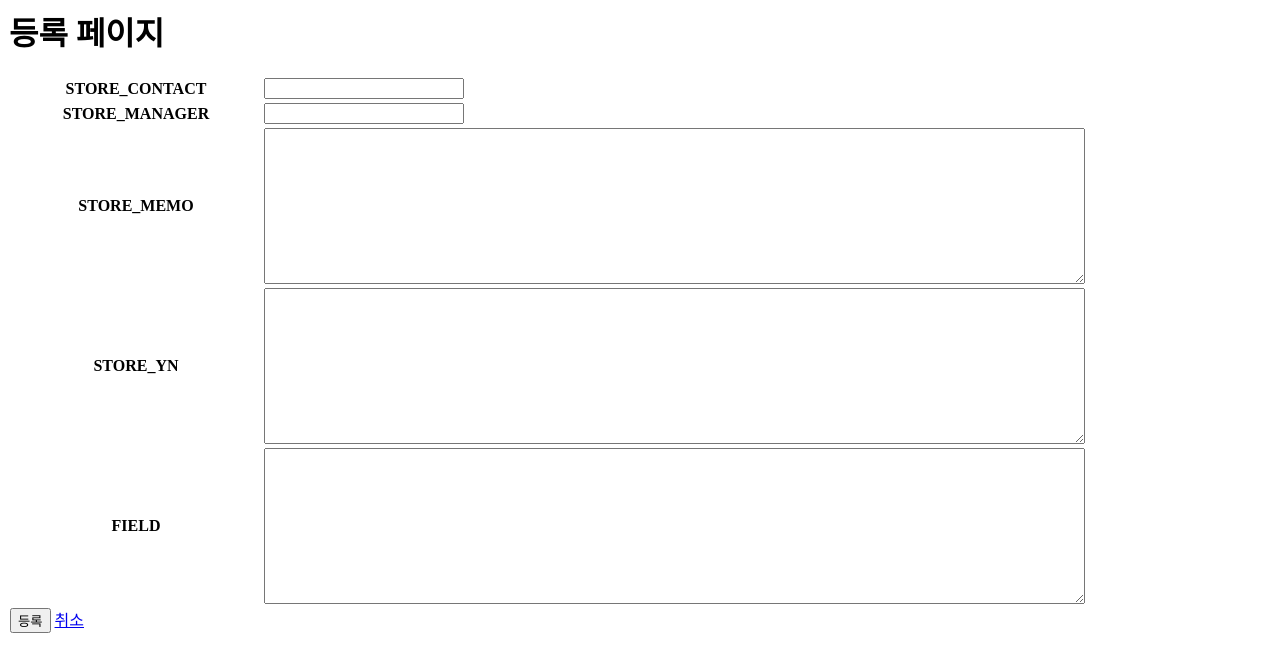
Repository: 2022-kh-final-mothlymoon/moon-back
Page: http://localhost/sellermoon/store/create.jsp
The author's editor kept a copy of each file at every save. The page is drawn from the files as they stood at one save, then again after the next save.
The browser window is 1280 px wide. The pictures show the whole page.
The page is served by Tomcat 9. Other server files are loaded and not shown.

Above is the page before, as saved 2022-10-20 17:42:11.

### sellermoon/src/main/webapp/store/create.jsp
<%@ page language="java" contentType="text/html; charset=UTF-8"
	pageEncoding="UTF-8"%>
<%@ taglib uri="http://java.sun.com/jsp/jstl/core" prefix="c"%>
<%@ taglib uri="http://java.sun.com/jsp/jstl/fmt" prefix="fmt"%>


<div class="row" style="margin-bottom: 20px; margin-left: 1px;">
	<div class="col-lg-12">
		<h1 class="page-header">등록 페이지</h1>
	</div>
</div>
<div class="panel" style="margin-left: 1px;">
	<div id="contAreaBox">
		<div class="panel">
			<div class="panel-body">
				<form role="form" action="/board/create_action" method="post">
					<div class="table-responsive" style="text-align: center;">
						<table id="datatable-scroller"
							class="table table-bordered tbl_Form">
							<caption></caption>
							<colgroup>
								<col width="250px" />
								<col />
							</colgroup>
							<tbody>
								<tr>
									<input type="hidden" id="STORE_NO" name="STORE_NO" value="0">
									<input type="hidden" id="MD_NO" name="MD_NO" value="1">
									<th class="active">STORE_CONTACT</th>
									<td class="form-inline"><input type="text"
										id="STORE_CONTACT" name="STORE_CONTACT" class="form-control"
										style="width: 200px" /></td>
								</tr>
								<tr>
									<th class="active">STORE_MANAGER</th>
									<td class="form-inline"><input type="text"
										id="STORE_MANAGER" name="STORE_MANAGER" class="form-control"
										style="width: 200px" /></td>
								</tr>


								<tr>
									<th class="active">STORE_MEMO</th>
									<td class="form-inline"><textarea id="STORE_MEMO"
											name="STORE_MEMO" cols="100" rows="10" class="form-control"></textarea></td>
								</tr>
								<tr>
									<th class="active">STORE_YN</th>
									<td class="form-inline"><textarea id="STORE_YN"
											name="STORE_YN" cols="100" rows="10" class="form-control"></textarea></td>
								</tr>
								<tr>
									<th class="active">FIELD</th>
									<td class="form-inline"><textarea id="FIELD" name="FIELD"
											cols="100" rows="10" class="form-control"></textarea></td>
								</tr>
							</tbody>
						</table>
					</div>
					<div style="margin-left: 1px;">
						<button type="submit" class="btn btn-primary">등록</button>
						<a href="./storeList" class="btn btn-danger">취소</a>
					</div>
				</form>
			</div>
		</div>
	</div>
</div>

After the next save:
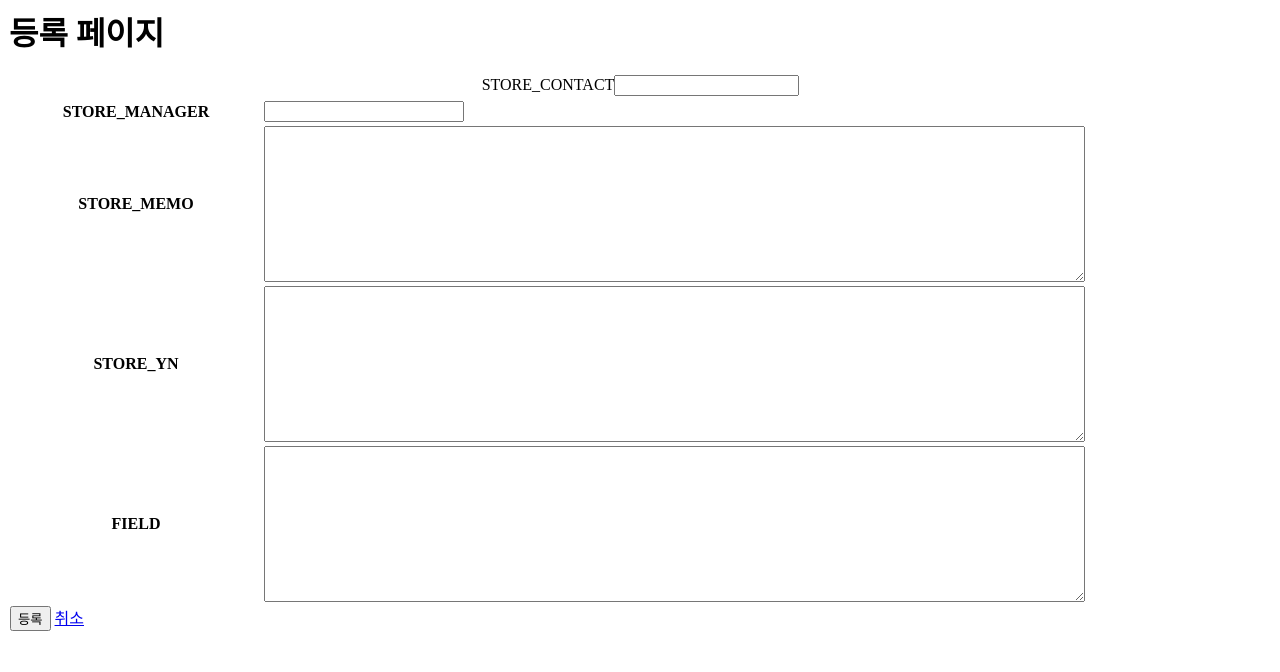
Saved 3 min 18 s later.
--- a/sellermoon/src/main/webapp/store/create.jsp
+++ b/sellermoon/src/main/webapp/store/create.jsp
@@ -26,10 +26,9 @@
 								<tr>
 									<input type="hidden" id="STORE_NO" name="STORE_NO" value="0">
 									<input type="hidden" id="MD_NO" name="MD_NO" value="1">
-									<th class="active">STORE_CONTACT</th>
-									<td class="form-inline"><input type="text"
-										id="STORE_CONTACT" name="STORE_CONTACT" class="form-control"
-										style="width: 200px" /></td>
+									<lable>STORE_CONTACT</lable>
+									<input type="text"
+										id="STORE_CONTACT" name="STORE_CONTACT" /></td>
 								</tr>
 								<tr>
 									<th class="active">STORE_MANAGER</th>
